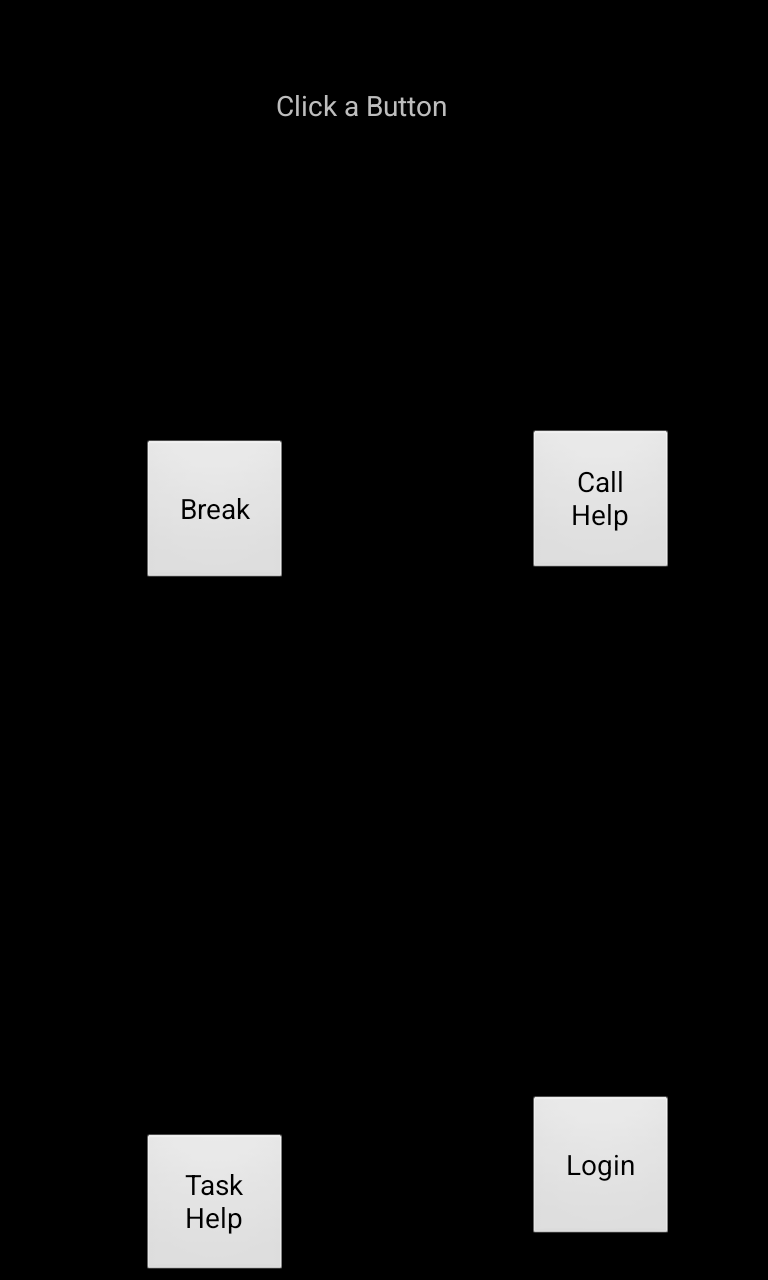
Repository: Crimson-Coders/project_java
Layout: appdev/Task_Tree_Activity/res/layout/main.xml
An editor plug-in stored every save of this project. The layout is shown before and after the next save, followed by the edit.
It is drawn on a 768 x 1280 px phone screen (xhdpi) without system bars, with theme android:Theme; the app's code is not run.

Above is the layout before, as saved 2011-10-19 18:23:49.

After the next save:
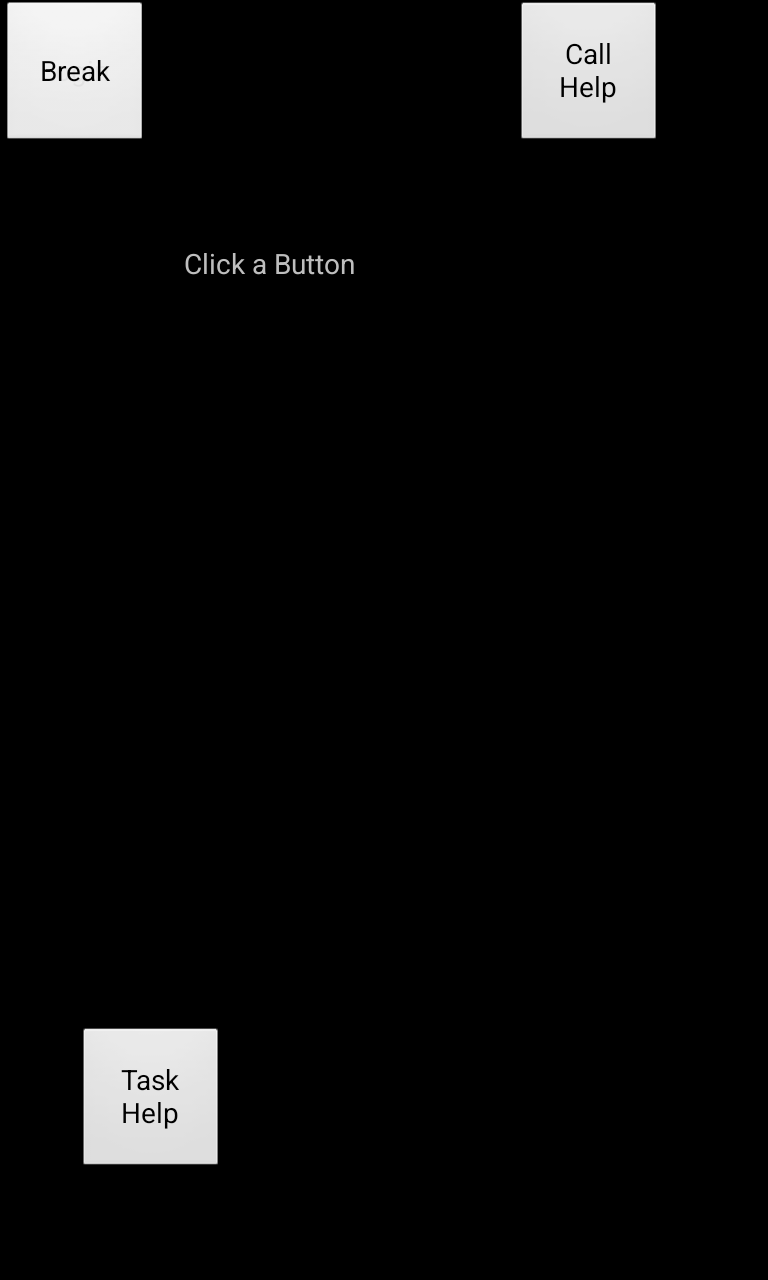
Saved 12 min 7 s later.
--- a/appdev/Task_Tree_Activity/res/layout/main.xml
+++ b/appdev/Task_Tree_Activity/res/layout/main.xml
@@ -2,8 +2,43 @@
     <RelativeLayout xmlns:android="http://schemas.android.com/apk/res/android"
         android:id="@+id/relativeLayout1"
         android:layout_width="fill_parent"
-        android:layout_height="fill_parent"
-        android:gravity="center_horizontal" >
+        android:layout_height="fill_parent" >
+
+        <Button
+            android:id="@+id/taskHelp"
+            android:layout_width="150px"
+            android:layout_height="150px"
+            android:layout_alignParentBottom="true"
+            android:layout_alignParentLeft="true"
+            android:layout_marginBottom="52dp"
+            android:layout_marginLeft="38dp"
+            android:text="Task Help" />
+
+        <Button
+            android:id="@+id/callHelp"
+            android:layout_width="150px"
+            android:layout_height="150px"
+            android:layout_alignBottom="@+id/button1"
+            android:layout_alignParentRight="true"
+            android:layout_marginRight="52dp"
+            android:text="Call Help" />
+
+        <Button
+            android:id="@+id/login"
+            android:layout_width="150px"
+            android:layout_height="150px"
+            android:layout_above="@+id/button1"
+            android:layout_alignLeft="@+id/button1"
+            android:layout_marginBottom="94dp"
+            android:text="Login" />
+
+        <Button
+            android:id="@+id/breakButton"
+            android:layout_width="150px"
+            android:layout_height="150px"
+            android:layout_alignBottom="@+id/button3"
+            android:layout_alignRight="@+id/button2"
+            android:text="Break" />
 
         <TextView
             android:id="@+id/textView1"
@@ -11,44 +46,7 @@
             android:layout_height="300px"
             android:layout_alignParentTop="true"
             android:layout_centerHorizontal="true"
-            android:layout_marginTop="43dp"
+            android:layout_marginTop="122dp"
             android:text="Click a Button" />
 
-        <Button
-            android:id="@+id/login"
-            android:layout_width="150px"
-            android:layout_height="150px"
-            android:layout_alignParentBottom="true"
-            android:layout_alignRight="@+id/textView1"
-            android:layout_marginBottom="18dp"
-            android:text="Login" />
-
-        <Button
-            android:id="@+id/taskHelp"
-            android:layout_width="150px"
-            android:layout_height="150px"
-            android:layout_alignBaseline="@+id/login"
-            android:layout_alignBottom="@+id/login"
-            android:layout_alignParentLeft="true"
-            android:layout_marginLeft="24dp"
-            android:text="Task Help" />
-
-        <Button
-            android:id="@+id/callHelp"
-            android:layout_width="150px"
-            android:layout_height="150px"
-            android:layout_alignRight="@+id/textView1"
-            android:layout_below="@+id/textView1"
-            android:layout_marginTop="21dp"
-            android:text="Call Help" />
-
-        <Button
-            android:id="@+id/breakButton"
-            android:layout_width="150px"
-            android:layout_height="150px"
-            android:layout_alignBaseline="@+id/callHelp"
-            android:layout_alignBottom="@+id/callHelp"
-            android:layout_alignLeft="@+id/taskHelp"
-            android:text="Break" />
-
     </RelativeLayout>
